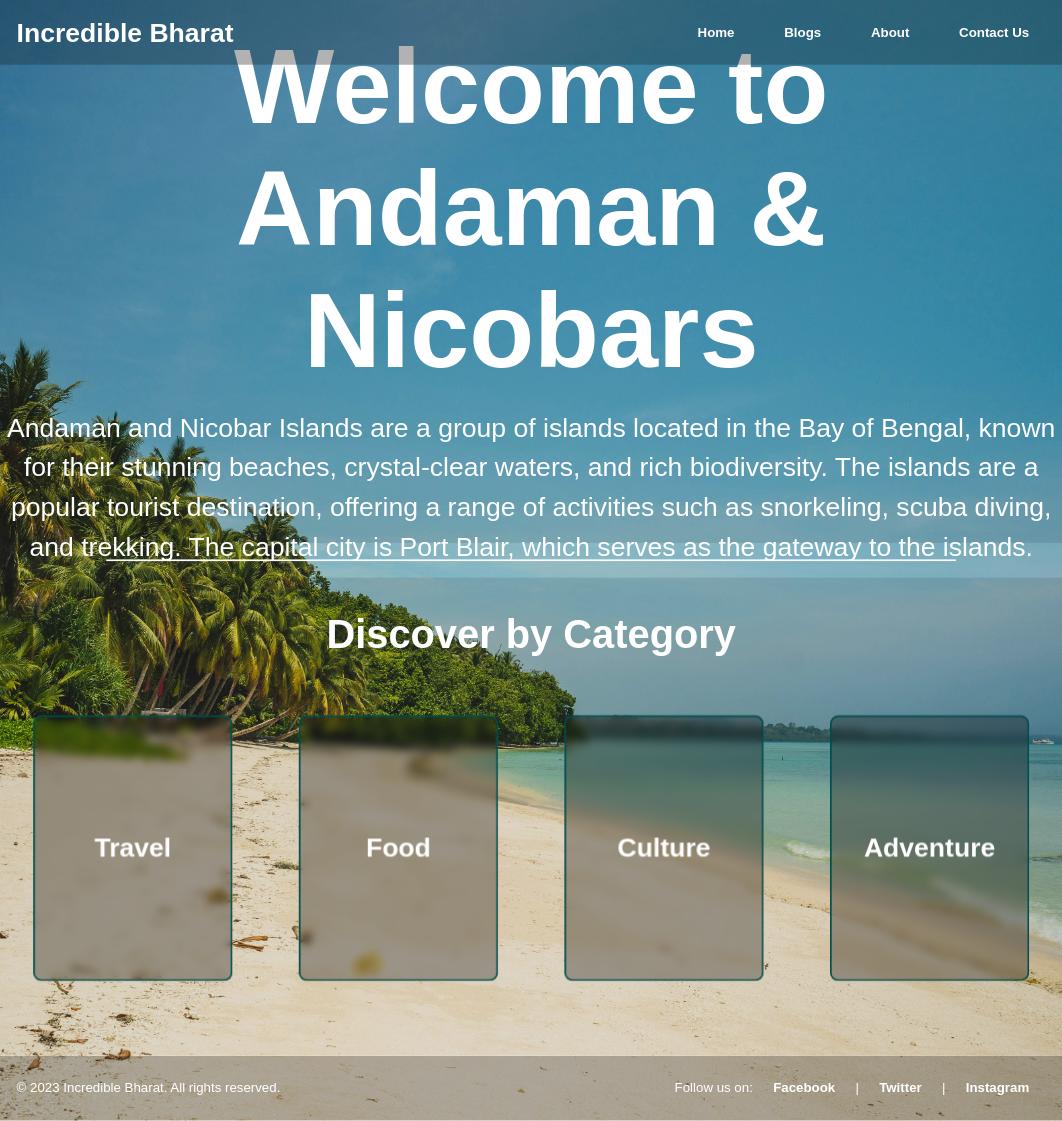
Repository: jaidhiman111/incrediblebharat
Page: destinations/Andaman&Nicobar.html
These files come from the project's save history. The page is drawn as it stood at one moment and after the next save; the edit follows.
The browser window is 1280 px wide. The pictures show the whole page, at 83% of full size.

Above is the page before, as saved 2025-05-01 20:19:18.

### destinations/Andaman&Nicobar.html
<!DOCTYPE html>
<html lang="en">

<head>
    <meta charset="UTF-8">
    <link rel="stylesheet" href="/assets/style.css">
    <meta name="viewport" content="width=device-width, initial-scale=1.0">
    <title>Document</title>
</head>

<body class="andaman-nicobar">
    <!-- This is the header of the page. -->
    <header class="header">
        <div class="logo">
            <h1>Incredible Bharat</h1>
        </div>
        <div class="nav">
            <nav>
                <ul>
                    <li>
                        <a href="/index.html">Home</a>
                        <a href="#">Blogs</a>
                        <a href="#">About</a>
                        <a href="#">Contact Us</a>
                    </li>
                </ul>
            </nav>
        </div>
    </header>
    <!-- This is the main content of the page. -->
    <main class="main-container">
        <section class="hero-section">
            <h2>Welcome to Andaman & Nicobars</h2>
            <p>Andaman and Nicobar Islands are a group of islands located in the Bay of Bengal, known for their stunning
                beaches, crystal-clear waters, and rich biodiversity. The islands are a popular tourist destination,
                offering a range of activities such as snorkeling, scuba diving, and trekking. The capital city is Port
                Blair, which serves as the gateway to the islands.</p>
        </section>
        <hr>
        <section class="state-section">
            <h2>Discover by Category</h2>
            <div class="card-section">
                <div class="card" id="travel">Travel</div>
                <div class="card" id="food">Food</div>
                <div class="card" id="culture">Culture</div>
                <div class="card" id="adventure">Adventure</div>
            </div>
        </section>
    </main>
    <!-- This is the footer of the page. -->
    <footer class="footer">
        <div>
            <p>&copy; 2023 Incredible Bharat. All rights reserved.</p>
        </div>
        <div>
            <p>Follow us on:
                <a href="#">Facebook</a> |
                <a href="#">Twitter</a> |
                <a href="#">Instagram</a>
        </div>
    </footer>
</body>

</html>

### assets/style.css
* {
    box-sizing: border-box;
    margin: 0;
    padding: 0;
}

.home {
    font-family: Arial, sans-serif;
    background-image: url('/media/bg-cover.jpg');
    background-size: cover;
    background-repeat: no-repeat;
    background-position: center;
    color: #fff;
}

.andaman-nicobar {
    font-family: Arial, sans-serif;
    background-image: url('/media/andaman.jpg');
    background-size: cover;
    background-repeat: no-repeat;
    background-position: center;
    color: #fff;
}


/* This is for header */
.header {
    background-color: rgba(0, 0, 0, 0.3);
    display: flex;
    justify-content: space-between;
    align-items: center;
    padding: 20px;
    position: sticky;
    top: 0;
    text-align: center;
}

li {
    list-style: none;
    display: flex;
    gap: 20px;
}

li a {
    padding: 10px 20px;
    border-radius: 5px;
    text-decoration: none;
    color: #fff;
    font-weight: bold;
}

li a:hover {
    color: #fff;
    transform: scale(1.1);}

/* This is for section */
section{
    background-color: rgba(0, 0, 0, 0.1);
}

.hero-section {
    display: flex;
    flex-direction: column;    /* stack items vertically */
    justify-content: center;   /* center vertically */
    align-items: center;       /* center horizontally */
    height: 80vh;
    text-align: center;
}

.hero-section h2 {
    font-size: 8rem;
    margin-bottom: 20px;
}

.hero-section p{
    font-size: 2rem;
    margin-bottom: 20px;
    max-width: 100rem;         /* limit the width of the paragraph */
    line-height: 1.5;        /* improve readability */
}

.hero-section a {
    text-decoration: none;
    color: #fff;
    font-size: 1.5rem;
    margin-bottom: 20px;
}

.hero-section a:hover {
    color: #fff;
    text-decoration: underline;
    transform: scale(1.1);
    transition: transform 0.3s ease-in-out;
}

hr {
    width: 80%;
    margin: 20px auto;
    border: 1px solid #fff;
}

.state-section {
    display: flex;
    flex-direction: column;    /* stack items vertically */
    justify-content: center;
    align-items: center;
    height: 80vh;
    text-align: center;
}

.state-section h2 {
    font-size: 3rem;
    margin-bottom: 20px;
}

.state-button {
    padding: 30px;
    max-width: 100rem;
    margin: 0 auto;
  }

  .state-button button {
    background-color: rgba(0, 0, 0, 0.4);  /* Soft blue */
    backdrop-filter: blur(5px); /* Optional: adds a blur effect to the background */
    border: none;
    border-radius: 8px;
    margin: 10px ;
    padding: 12px 20px;
    cursor: pointer;
    transition: background-color 0.3s ease;
    font-size: 16px;
    font-weight: 500;
  }

  .state-button button a {
    color: #ffffff;
    text-decoration: none;
    display: block;
    width: 100%;
    height: 100%;
  }

  .state-button button:hover {
    background-color: rgba(0, 0, 0, 0.7); /* Darker blue on hover */
    transform: scale(1.1); /* Slightly enlarge the button on hover */
    transition: transform 0.3s ease-in-out;
  }

  .card-section {
    display: flex;
    flex-wrap: wrap; /* Makes it responsive */
    justify-content: center;
    gap: 5rem;
    /* background-color: rgba(0, 0, 0, 0.4); */
    padding: 30px 20px;
    margin: 20px auto;
    max-width: 100%;
    border-radius: 10px;
}

.card {
    background-color: rgba(0, 0, 0, 0.3);
    backdrop-filter: blur(5px); /* Optional: adds a blur effect to the background */
    color: #fff;
    border: 2px solid #014d4e;
    border-radius: 10px;
    width: 15rem;
    height: 20rem;
    display: flex;
    align-items: center;
    justify-content: center;
    font-size: 2rem;
    font-weight: bold;
    cursor: pointer;
    transition: transform 0.3s ease, background-color 0.3s ease;
}

.card:hover {
    background-color: rgba(0, 0, 0, 0.3);
    color: #ffffff;
    transform: scale(1.05);
}


  /* This is for footer */

.footer {
    background-color: rgba(0, 0, 0, 0.3);
    display: flex;
    justify-content: space-between;
    align-items: center;
    padding: 20px;
    position: relative;
    bottom: 0;
    text-align: center;
}

.footer li {
    list-style: none;
    display: flex;
    gap: 20px;
}

.footer a {
    display: inline-block;
    padding: 10px 20px;
    border-radius: 5px;
    text-decoration: none;
    color: #fff;
    font-weight: bold;
}
.footer a:hover {
    color: #fff;
    transform: scale(1.1);

}

/* This is for media queries */
/* --- Andaman & Nicobar Page Enhancements --- */

After the next save:
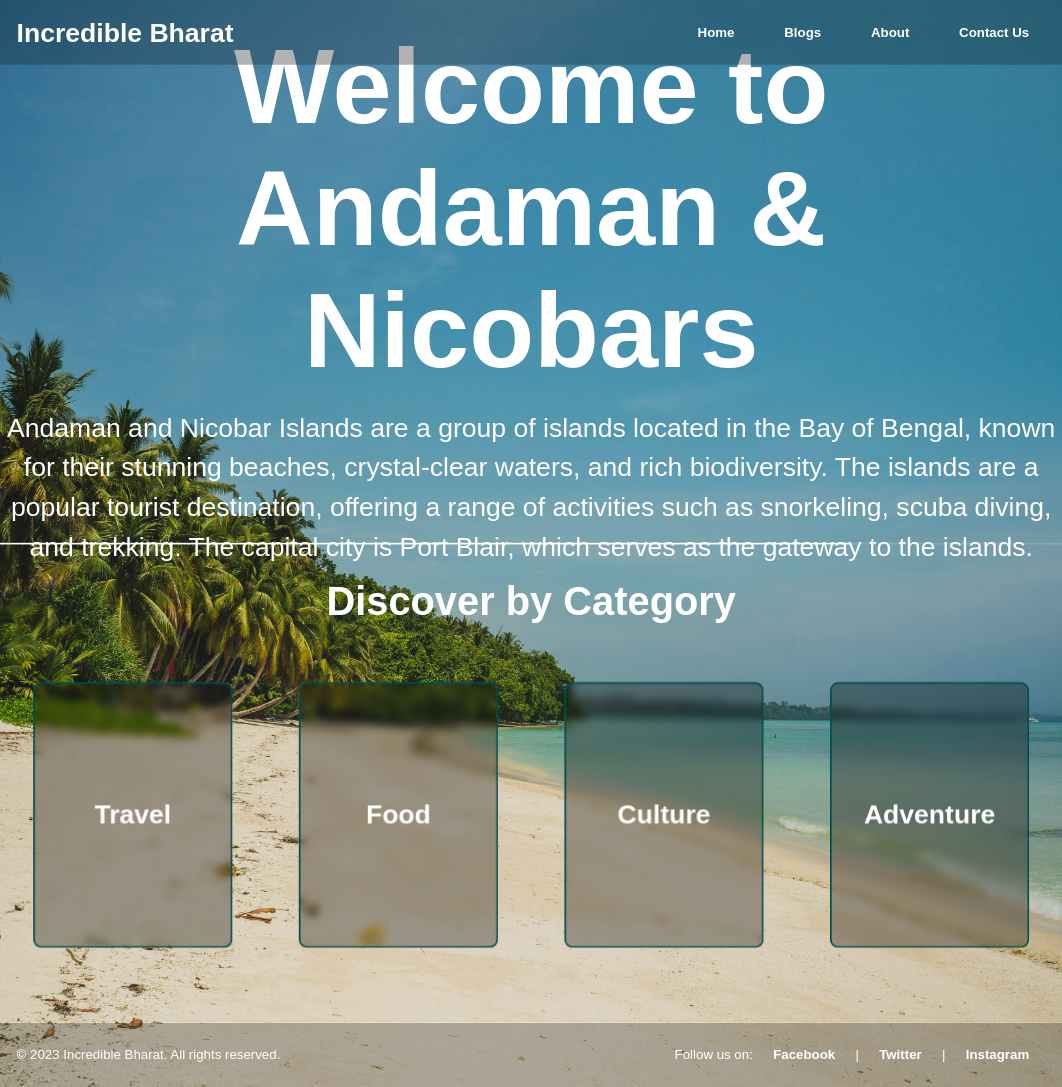
Saved 2 min 54 s later.
--- a/assets/style.css
+++ b/assets/style.css
@@ -95,7 +95,7 @@ section{
 
 hr {
     width: 80%;
-    margin: 20px auto;
+    /* margin: 20px auto; */
     border: 1px solid #fff;
 }
 

After the save that followed:
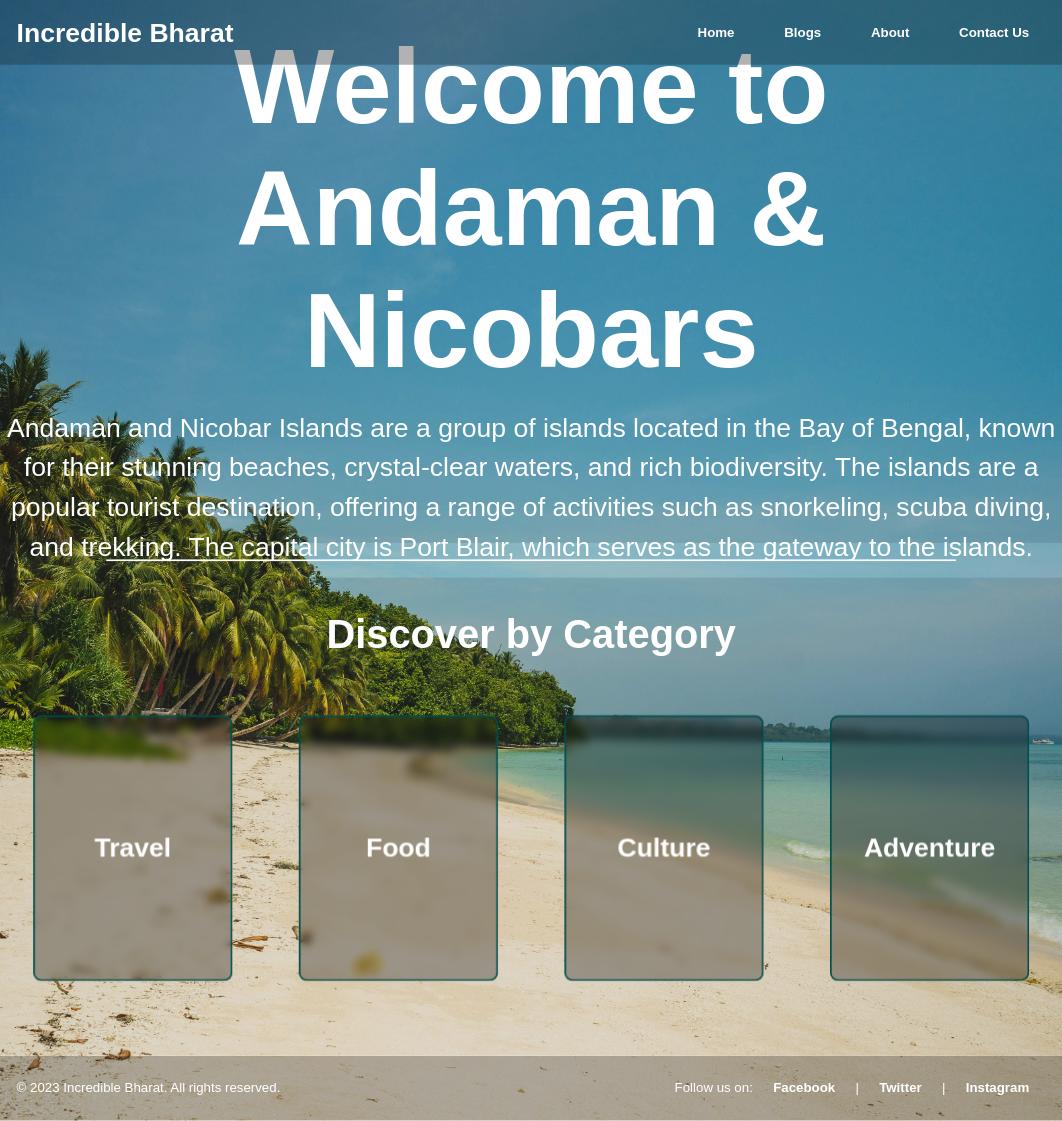
Saved 16 s later.
--- a/assets/style.css
+++ b/assets/style.css
@@ -95,7 +95,7 @@ section{
 
 hr {
     width: 80%;
-    /* margin: 20px auto; */
+    margin: 20px auto;
     border: 1px solid #fff;
 }
 
